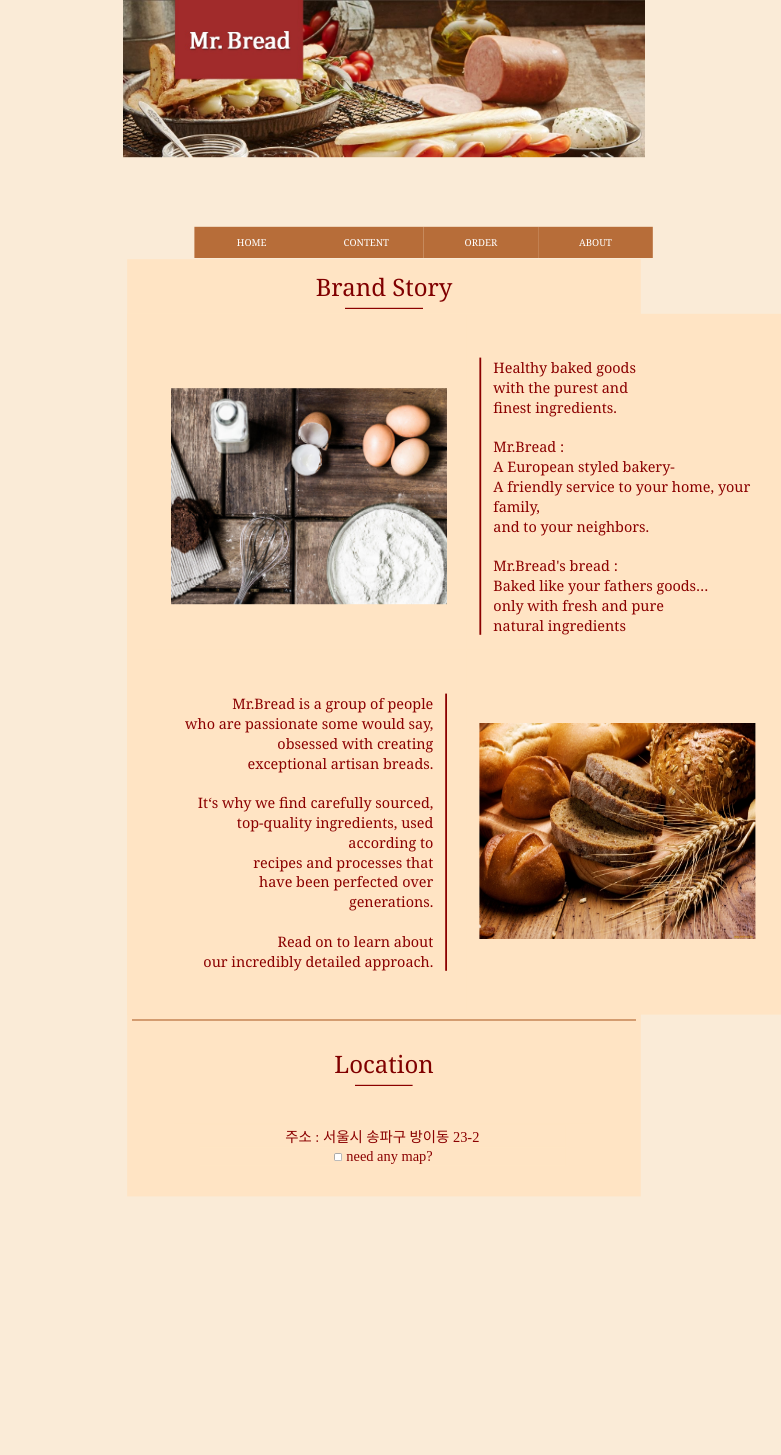
Repository: jihyyeshin/2017-2-WP-bread
Page: http://localhost/Bread/about.jsp
An editor plug-in stored every save of this project. The page is shown before and after the next save, followed by the edit.
The browser window is 1280 px wide. The page is 1302 px wide, so the pictures cover 1302 px, including what lies to the right of the window. The pictures show the whole page, at 60% of full size.
The page is served by Tomcat 9.

Above is the page before, as saved 2017-12-08 05:08:36.

After the next save:
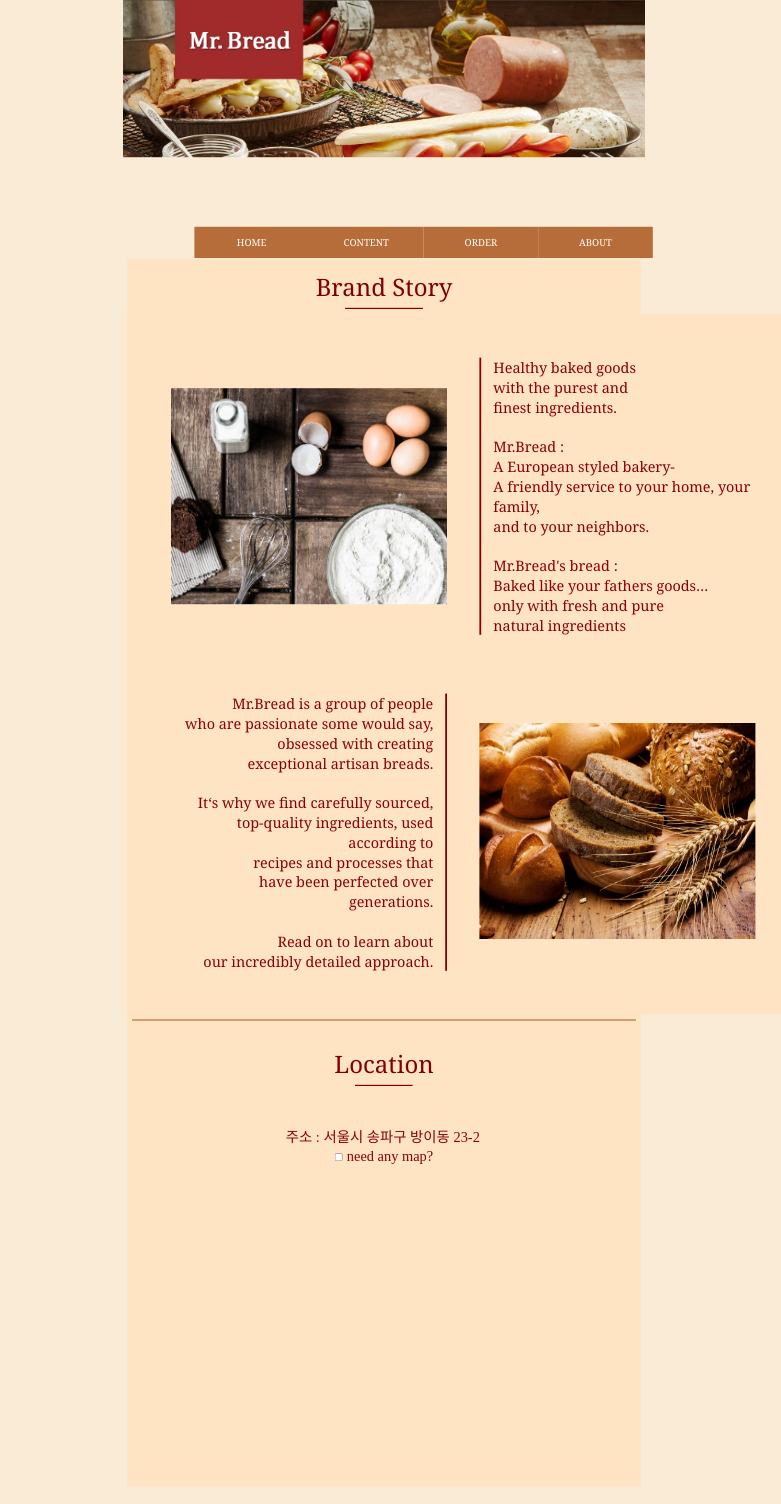
Saved 2 min 1 s later.
--- a/eclipse-workspace/Bread/WebContent/style.css
+++ b/eclipse-workspace/Bread/WebContent/style.css
@@ -139,12 +139,9 @@
 }
 /*about.jsp에서 사용하는 map*/
 #map {
-	position: absolute;
-	left: 250;
-	top: 250;
 	visibility: hidden;
+	pading: 50px 50px 50px 50px;
 }
-
 /*login 창에 사용*/
 table, tr, td {
 	background-color: bisque;
@@ -160,7 +157,8 @@
 .button {
 	background-color: #b76d39;
 	font-family: Cambria;
-	width: 100px; border : none;
+	width: 100px;
+	border: none;
 	color: white;
 	padding: 15px 32px;
 	text-align: center;
@@ -188,8 +186,8 @@
 }
 
 .div1 {
-    border-style: solid;
-    border-color: #b76d39;
-    width:55%;
-    align:center;
+	border-style: solid;
+	border-color: #b76d39;
+	width: 55%;
+	align: center;
 }
